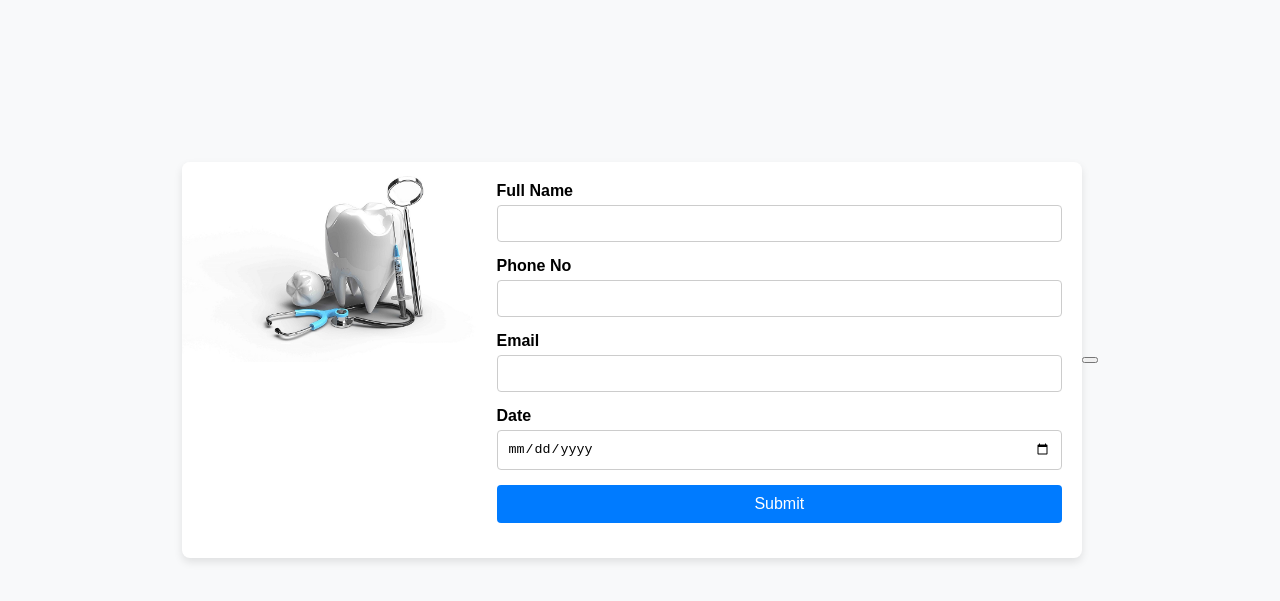
Repository: Reshu70/dental
Page: css/form.html
The author's editor kept a copy of each file at every save. The page is drawn from the files as they stood at one save, then again after the next save.
The browser window is 1280 px wide. The pictures show the whole page.

Above is the page before, as saved 2024-06-06 11:49:06.

After the next save:
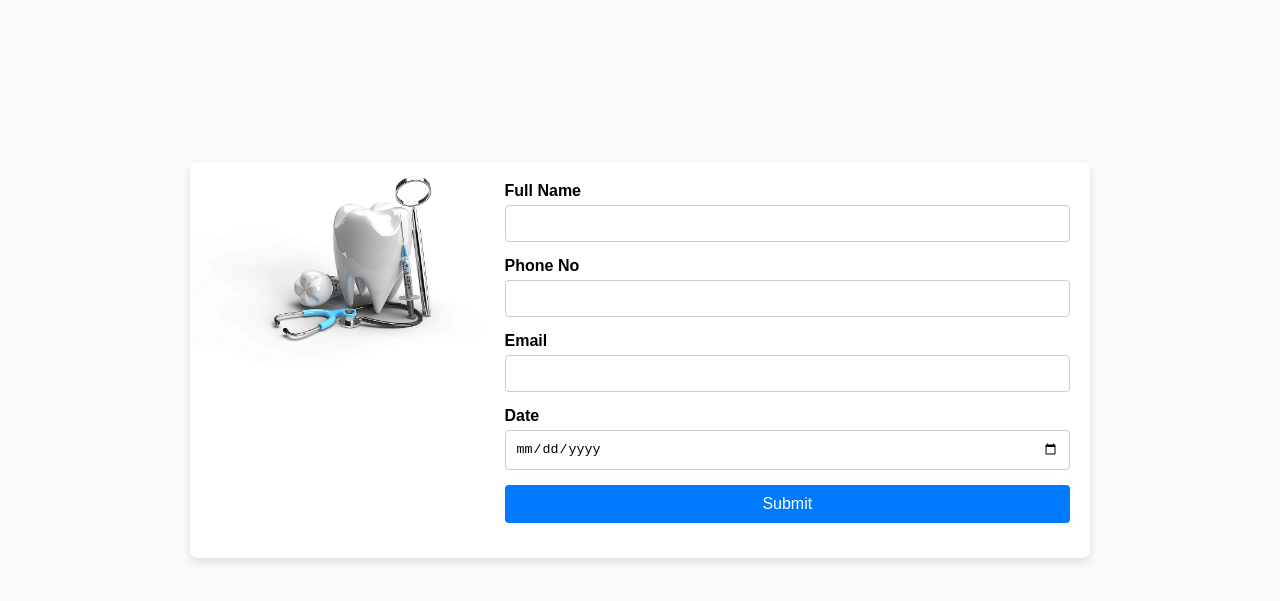
Saved 26 s later.
--- a/css/form.html
+++ b/css/form.html
@@ -122,6 +122,5 @@
             </form>
         </div>
     </div>
-    <button type="button" class="btn-close" aria-label="Close"></button>
 </body>
 </html>
